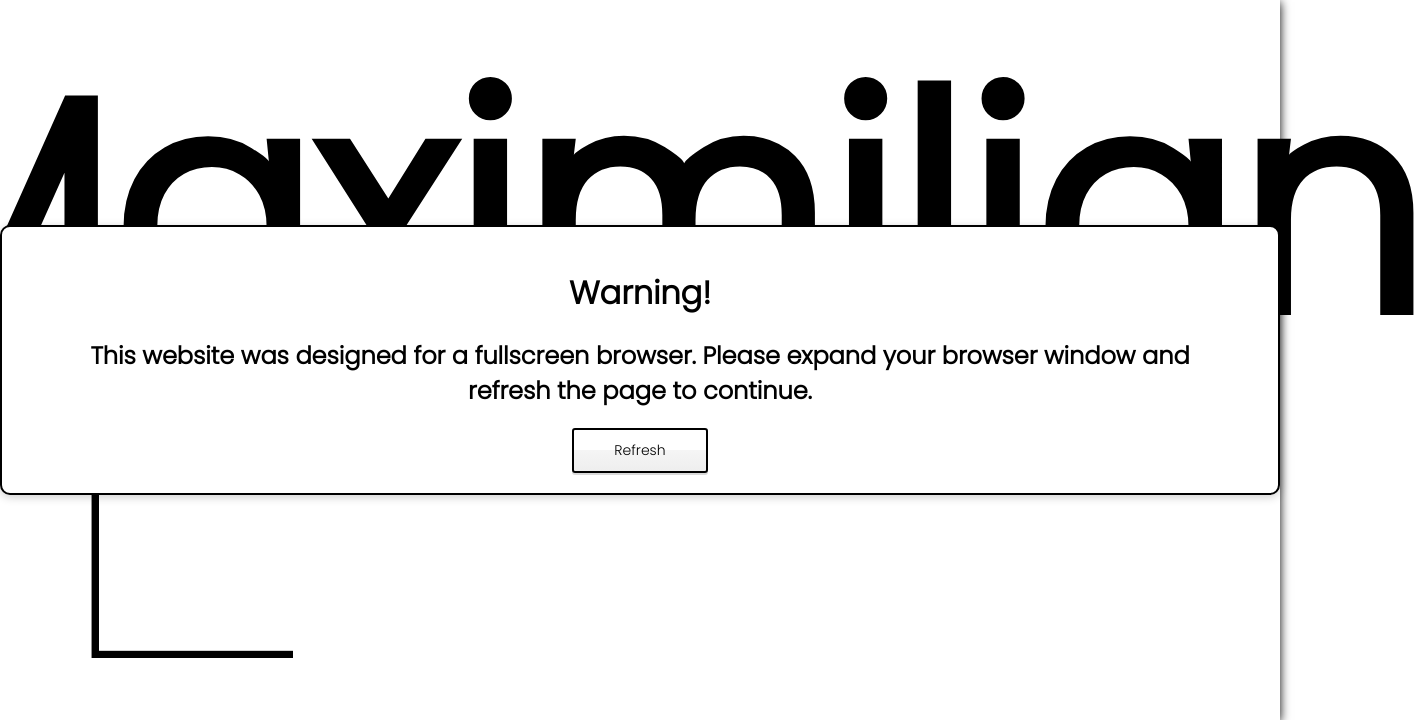
Repository: notMaximilian/maximilianaquino.github.io
Page: index.html
An editor plug-in stored every save of this project. The page is shown before and after a run of saves, followed by the edit.
The browser window is 1280 px wide. The page is 1423 px wide, then 1280 px, then 1423 px, so the pictures cover 1423 px, including what lies to the right of the window. The pictures show the whole page.

Above is the page before, as saved 2022-02-04 09:47:58.
Console error: TypeError: Cannot read properties of null (reading 'style')

After the next 2 saves:
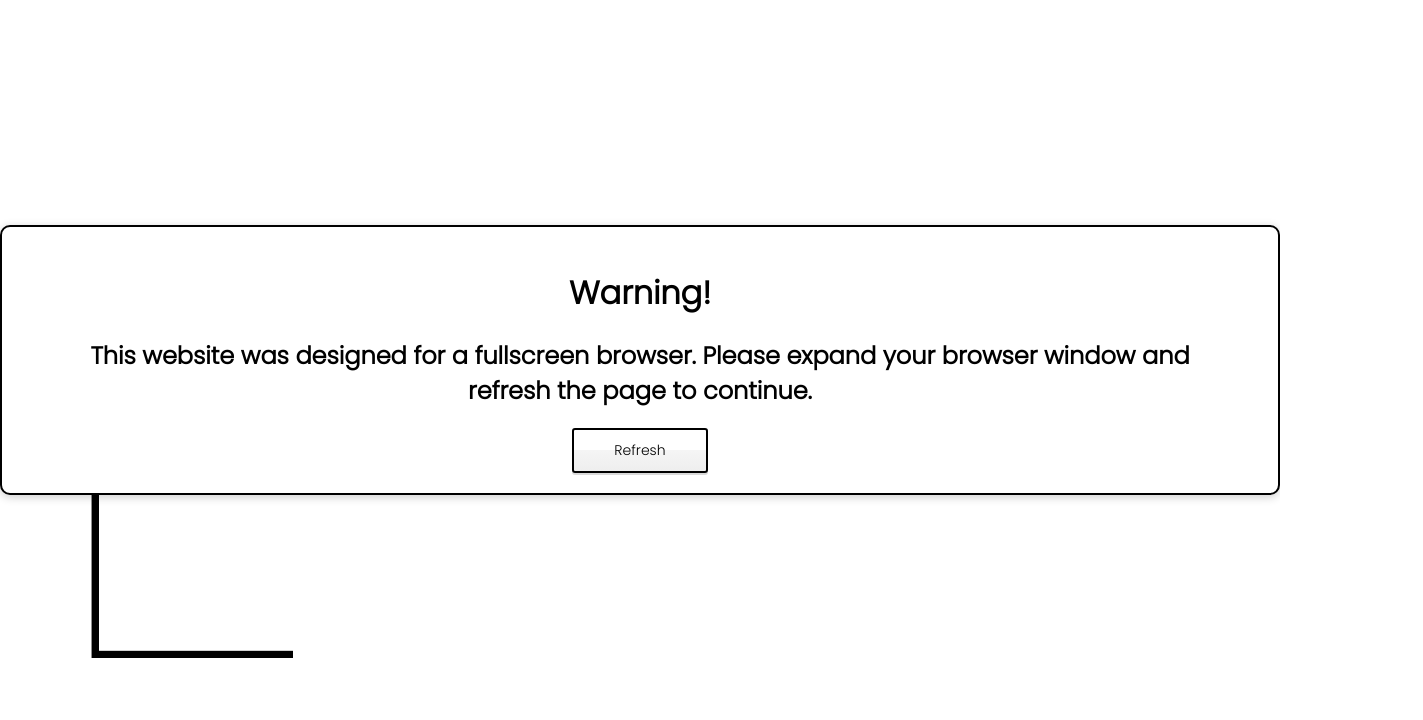
The 2 saves are shown as one change because they came seconds apart.
The last was saved 11 s later.
--- a/css/main.css
+++ b/css/main.css
@@ -177,5 +177,5 @@ body {
   position: absolute;
   top: -30vh;
   font-family: "Poppins", sans-serif;
-  font-size: 300px;
+  font-size: 100px;
 }

After the save that followed:
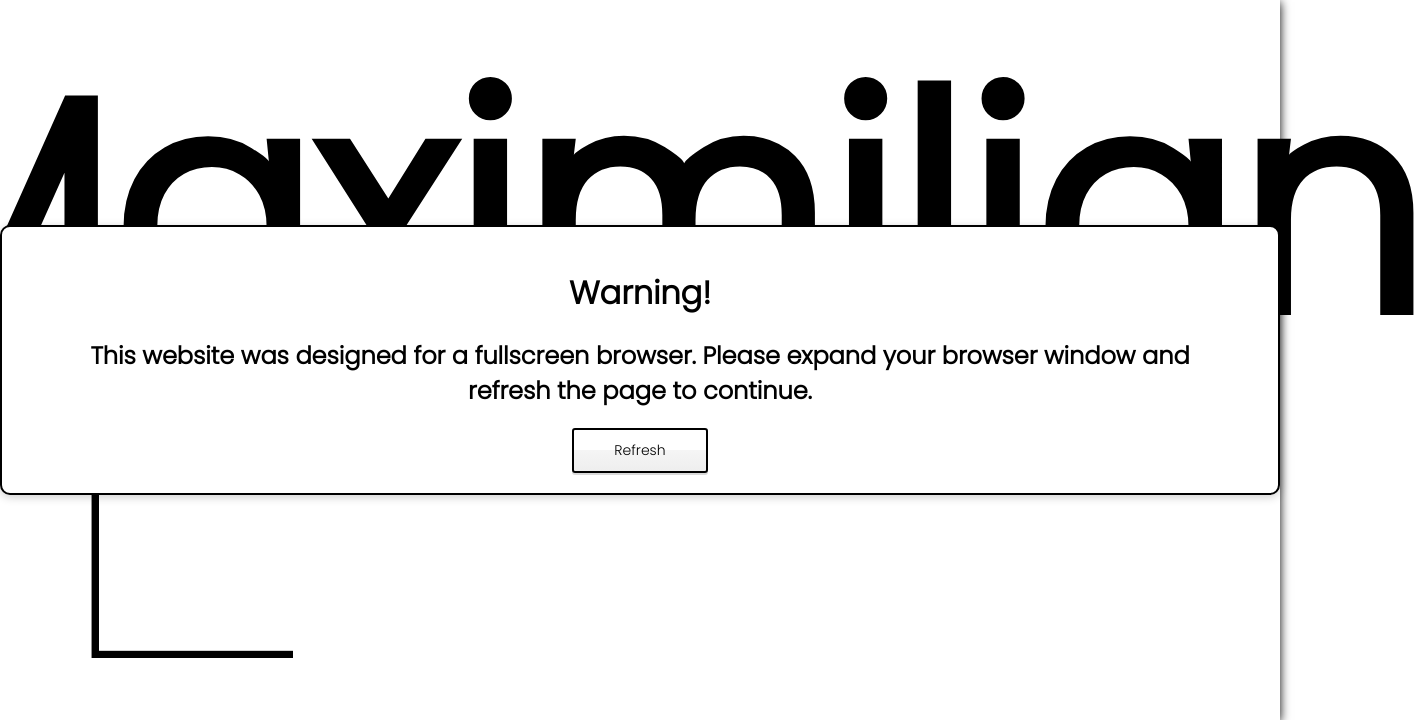
Saved 13 s later.
--- a/css/main.css
+++ b/css/main.css
@@ -177,5 +177,5 @@ body {
   position: absolute;
   top: -30vh;
   font-family: "Poppins", sans-serif;
-  font-size: 100px;
+  font-size: 300px;
 }
